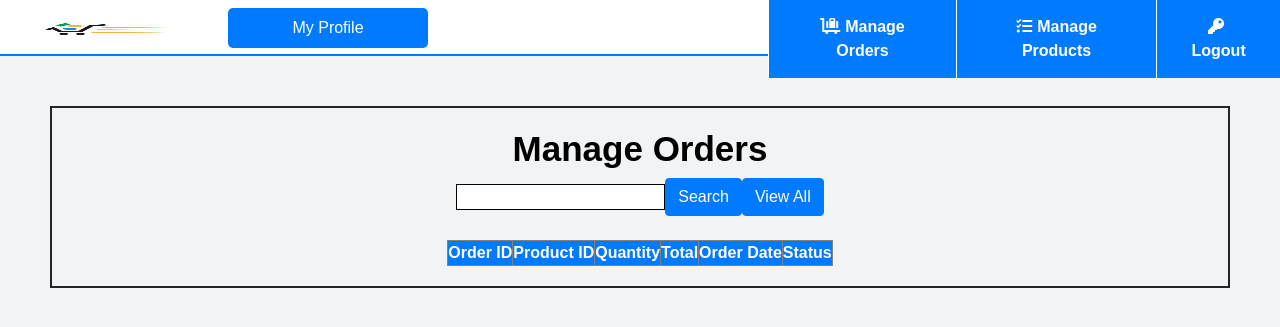
Repository: sahanjayawardena9619/PAF_Project
Page: http://localhost/paf_project/WEB-INF/views/sellerOrder.jsp
These files come from the project's save history. The page is drawn as it stood at one moment and after the next save; the edit follows.
The browser window is 1280 px wide. The pictures show the whole page.
Some web fonts or font styles are not loaded; a fallback is used. Some web libraries are served in a nearby version. The page is served by Tomcat 9. Nobody is signed in. Other server files are loaded and not shown. The template is opened directly, without the code that normally fills it, so the values that code supplies are empty.

Above is the page before, as saved 2019-05-15 19:28:04.

### Main Project (Final)/PAF/paf_project/src/main/webapp/WEB-INF/views/sellerOrder.jsp
<%@ page language="java" contentType="text/html; charset=ISO-8859-1"
	pageEncoding="ISO-8859-1"%>
<%@ include file="/WEB-INF/views/includes.jsp"%>
<!DOCTYPE html PUBLIC "-//W3C//DTD HTML 4.01 Transitional//EN" "http://www.w3.org/TR/html4/loose.dtd">
<html>
<head>
<meta http-equiv="Content-Type" content="text/html; charset=ISO-8859-1">

<link rel="stylesheet" type="text/css"
	href="<c:url value="/resources/css/bootstrap.css"/>">
<link rel="stylesheet"
	href="https://use.fontawesome.com/releases/v5.8.1/css/all.css"
	integrity="sha384-50oBUHEmvpQ+1lW4y57PTFmhCaXp0ML5d60M1M7uH2+nqUivzIebhndOJK28anvf"
	crossorigin="anonymous">
<link rel="stylesheet" type="text/css"
	href="<c:url value="/resources/css/custom.css"/>">
	<link href="https://fonts.googleapis.com/css?family=Source+Sans+Pro:300,400,700,300italic,400italic,700italic" rel="stylesheet" type="text/css">
<script type="text/javascript"
	href="<c:url value="/resources/js/bootstrap.min.js"/>"></script>



<title>Seller Orders</title>
</head>
<body>
	<div class="top-nav-bar">
		<div class="search-box">
			<a href="/paf_project/"><img
				src="<c:url value="/resources/images/cart.jpg"/>" class="logo"></a>
			<a href="/paf_project/editSeller"><input type="button"
				value="My Profile"
				style="width: 200px; height: 40px; margin: 8px; border-radius: 5px; background-color: #007bff; border: none; color: white" /></a>
		</div>

		<div class="menu-bar">
			<ul>
				<li><a href="/paf_project/viewAllOrderSeller"><i
						class="fas fa-luggage-cart" style="margin-right: 5px;"></i>Manage
						Orders</a></li>
				<li><a href="/paf_project/viewAllProductSeller"><i
						class="fas fa-tasks" style="margin-right: 5px;"></i>Manage
						Products </a></li>
				<li><a href="/paf_project/userLogout"><i class="fas fa-key"
						style="margin-right: 5px;"></i>Logout</a></li>
			</ul>
		</div>
	</div>


	<div align="center"
		style="padding: 20px; margin: 50px; border: solid 2px;">

		<center>
			<div>
				<h1 style="font-size: 35px;">
					<a href="/paf_project/adminDashboard"><b style="color: black">Manage
							Orders</b></a>
				</h1>
			</div>


			<form:form action="/paf_project/searchSellerOrder" method="POST">
				<table align="center">
					<tr>
						<td><input type="text" name="searchVal"
							style="border: solid 1px" /></td>
						<td><input type="submit" class="btn btn-primary"
							name="action" value="Search" /></td>
						<td><a href="/paf_project/viewAllOrderSeller"><input
								type="button" value="View All" class="btn btn-primary" /></a></td>
					</tr>

				</table>
			</form:form>
			<br>
			<table border="1" cellpadding="3px">

				<th style="color: #fff; background-color: #007bff;">Order ID</th>
				<th style="color: #fff; background-color: #007bff;">Product ID</th>
				<th style="color: #fff; background-color: #007bff;">Quantity</th>
				<th style="color: #fff; background-color: #007bff;">Total</th>
				<th style="color: #fff; background-color: #007bff;">Order Date</th>
				<th style="color: #fff; background-color: #007bff;">Status</th>


				<c:forEach var="sellerOrder" items="${listSellerOrder}">
					<tr>

						<td>${sellerOrder.orderID}</td>
						<td>${sellerOrder.productID}</td>
						<td>${sellerOrder.qty}</td>
						<td>${sellerOrder.total}</td>
						<td>${sellerOrder.orderDate}</td>
						<td>${sellerOrder.status}</td>

						<td><a
							href="/paf_project/deleteSellerOrder?itemID=${sellerOrder.itemID}&command=active"><input
								type="submit" class="btn btn-primary"
								style="background-color: green; border: 0px;" name="active"
								value="Activate" /></a></td>
						<td><a
							href="/paf_project/deleteSeller?suppID=${sellerOrder.itemID}&command=inactive"><input
								type="submit" style="background-color: red; border: 0px;"
								name="del" class="btn btn-primary" value="Deactivate" /></a></td>

					</tr>
				</c:forEach>
			</table>

		</center>


	</div>

</body>
</html>

### Main Project (Final)/PAF/paf_project/src/main/webapp/WEB-INF/views/includes.jsp
<%@ page language="java" contentType="text/html; charset=ISO-8859-1" pageEncoding="ISO-8859-1"%>
<%@taglib uri="http://www.springframework.org/tags" prefix="spring"%>
<%@taglib uri="http://www.springframework.org/tags/form" prefix="form"%>
<%@taglib uri="http://java.sun.com/jsp/jstl/core" prefix="c"%>

<!-- This contains the most used tag libraries -->

### Main Project (Final)/PAF/paf_project/src/main/webapp/resources/css/custom.css
*
{
	margin: 0;
	padding: 0;
}

body{
	background-color: #f1f3f4;
	font-family: sans-serif;
}

.top-nav-bar{
	height:56px;
	top : 0;
	position: sticky;
	background: #fff;
	margin-bottom: 20px;
	border-bottom: 2px solid #007bff;
	z-index: 2;
}

.logo{
	height:48px;
	width: 200px;
	margin: 5px 10px;
}

.form-control{
	margin-top: 9px !important;
	margin-left: 30px !important;
	border: 1px solid #007bff !important;
	border-top-left-radius: 20px !important;
	border-bottom-left-radius: 20px !important;
	border-top-right-radius: 0 !important;
	border-bottom-right-radius: 0 !important;
	box-shadow: none !important;
}

.search-box{
	display: inline-flex;
	width:60%;
}

.input-group-text {
	background-color: #007bff;
	border: 1px solid #007bff;
	margin: 8.5px 10px 3px 0;
	height: 38px;
	color:white;
	border-top-left-radius: 0px !important;
	border-bottom-left-radius: 0px !important;
	border-top-right-radius: 20px !important;
	border-bottom-right-radius: 20px !important;
	cursor: pointer;
}



.menu-bar{
	width: 40%;
	height: 57px;
	float: right;
}

.menu-bar ul{
	display: inline-flex;
	float: right;
}

.menu-bar ul li{
	border-left: 1px solid #fff;
	list-style-type: none;
	padding: 15px 25px;
	text-align: center;
	background-color: #007bff;
	cursor: pointer;
}

.menu-bar ul li a{
	font-size: 16px;
	font-weight: bold;
	color: #fff;
	text-decoration: none;
}

@media only screen and (max-width: 980px){
	.top-nav-bar{
		height: 118px;
		border-bottom: 0;
	}

	.search-box{
		width: 100%;
	}

	.menu-bar{
		width: 100%;
	}

	.menu-bar ul{
		margin: 10px 0;
		width: 100%;
	}

	.menu-bar ul li{
		height: 57px;
	}
}

.nopadding {
   padding: 0 !important;
   margin: 0 !important;
}

.col-sm-3{
	margin-bottom: 5%;
}

Loaded but not shown: Main Project (Final)/PAF/paf_project/src/main/webapp/resources/css/bootstrap.css (library)

After the next save:
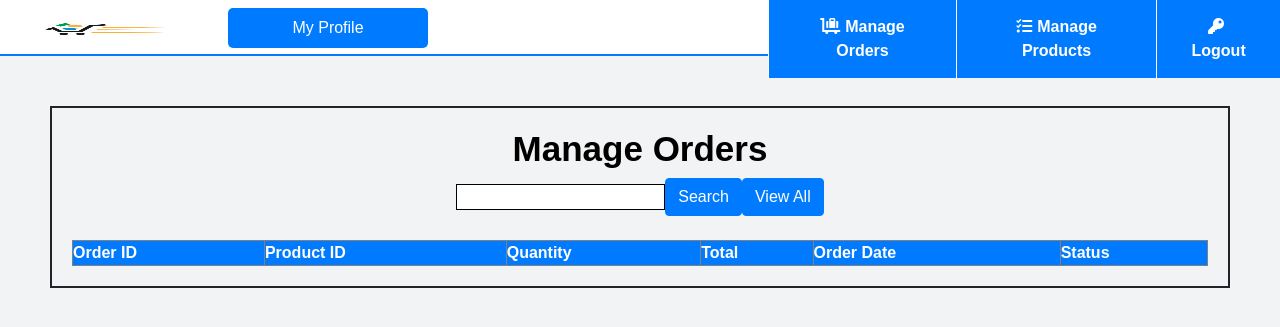
Saved 51 s later.
--- a/Main Project (Final)/PAF/paf_project/src/main/webapp/WEB-INF/views/sellerOrder.jsp
+++ b/Main Project (Final)/PAF/paf_project/src/main/webapp/WEB-INF/views/sellerOrder.jsp
@@ -73,7 +73,7 @@
 				</table>
 			</form:form>
 			<br>
-			<table border="1" cellpadding="3px">
+			<table border="1" cellpadding="3px" width="100%">
 
 				<th style="color: #fff; background-color: #007bff;">Order ID</th>
 				<th style="color: #fff; background-color: #007bff;">Product ID</th>
